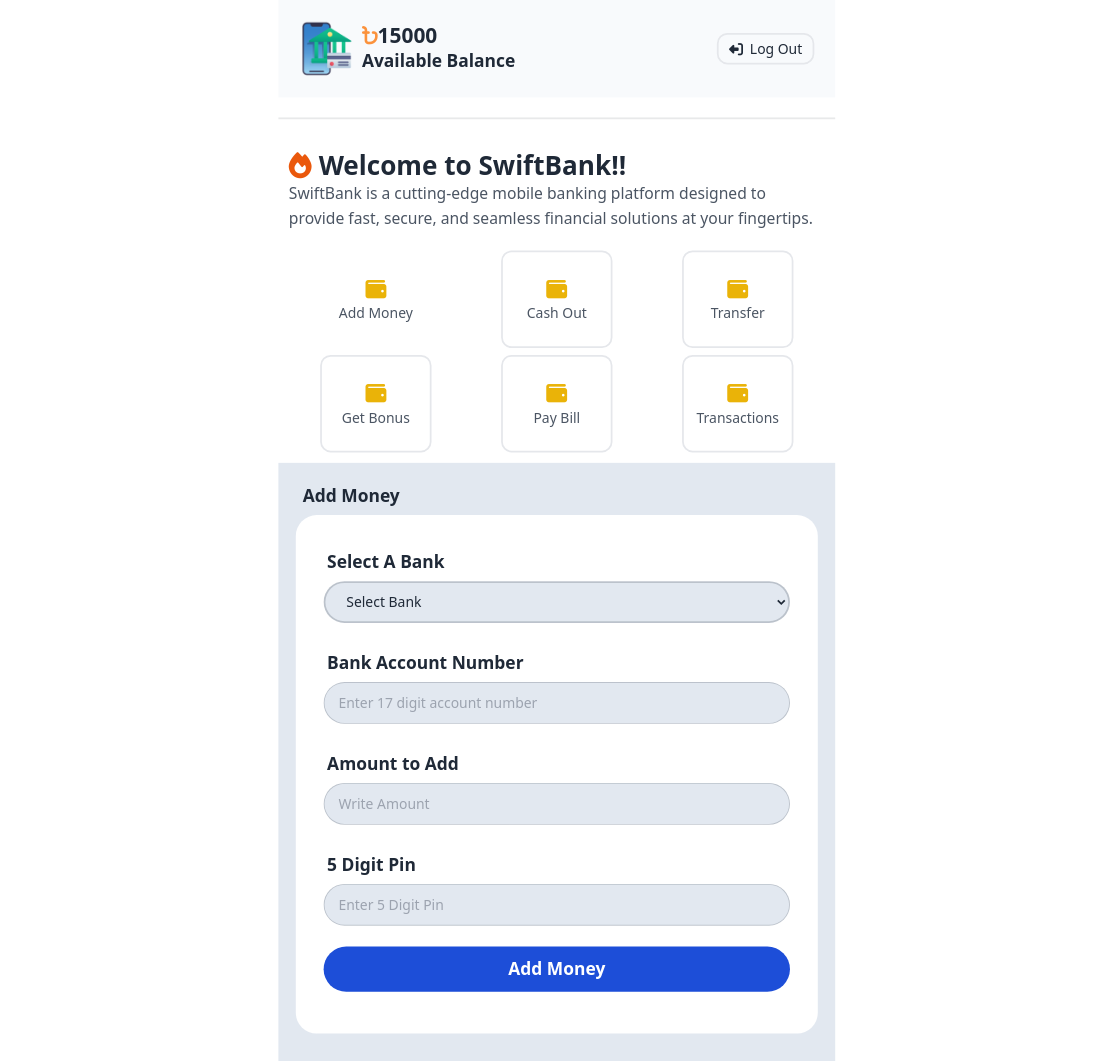
Repository: mukaddam-coder/swift-bank-mobile-banking
Page: home.html
An editor plug-in stored every save of this project. The page is shown before and after the next save, followed by the edit.
The browser window is 1280 px wide. The pictures show the whole page, at 87% of full size.
Some web libraries are served in a nearby version.

Above is the page before, as saved 2024-12-16 23:25:05.

### home.html
<!DOCTYPE html>
<html lang="en">
<head>
    <meta charset="UTF-8">
    <meta name="viewport" content="width=device-width, initial-scale=1.0">
    <title>SwiftBank</title>
    <!-- Fontawesome CDN -->
    <script src="https://kit.fontawesome.com/c4e7b2ed2f.js" crossorigin="anonymous"></script>
    <!-- Google Fonts -->
    <link rel="preconnect" href="https://fonts.googleapis.com">
    <link rel="preconnect" href="https://fonts.gstatic.com" crossorigin>
    <link href="https://fonts.googleapis.com/css2?family=Montserrat:ital,wght@0,100..900;1,100..900&display=swap" rel="stylesheet">
    <!-- Tailwind + DaisyUi CDN -->
    <link href="https://cdn.jsdelivr.net/npm/daisyui@4.12.19/dist/full.min.css" rel="stylesheet" type="text/css" />
    <script src="https://cdn.tailwindcss.com"></script>

</head>
<body>

<main>
  <div class="w-1/2 mx-auto p-6 bg-slate-50 h-full flex justify-between items-center">
    <div class="flex gap-2">
        <!-- Logo -->
    <div>
    <img class="w-16 h-16" src="images/mobile-banking.png">
    </div>
    <div>
   <h2 class="text-2xl font-bold" id="main-balance">
   <i class="fa-solid fa-bangladeshi-taka-sign text-orange-400"></i>15000</h2>
   <p class="font-semibold text-xl">Available Balance</p>
</div>
</div>
<div>
<button class="border-2 w-28 px-1 py-1 rounded-xl"> <i class="fa-solid fa-right-from-bracket rotate-180 mr-2"></i>Log Out</button>
</div>
        </div>
    <div class="divider w-1/2 mx-auto"></div>
    <!-- Greetings Section -->
        <section class="w-1/2 mx-auto p-3">
            <h1 class="font-bold text-3xl"><i class="fa-solid fa-fire text-orange-600 text-3xl mr-2"></i>Welcome to SwiftBank!!</h1>
            <p class="text-gray-600 text-lg">
                SwiftBank is a cutting-edge mobile banking platform designed to provide fast, secure, and seamless financial solutions at your fingertips.
            </p>
        </section>
     <!-- User Actionable Dashboard -->

     <section class="w-1/2 mx-auto">
        <div class="grid grid-cols-3 p-3 text-center gap-2">
          <div class="button-container">
            <button id="show-add-money-section" class=" w-32 h-28 rounded-xl bg-white text-gray-600">
            <p>
              <i class="fa-solid fa-wallet text-yellow-500 text-2xl"></i>
            </p>
            Add Money
           </button>
        </div>
          <div class>
             <button id="show-cash-out-section" class="border-2 w-32 h-28 rounded-xl bg-white text-gray-600">
              <p><i class="fa-solid fa-wallet text-yellow-500 text-2xl"></i></p>
                Cash Out
              </button>
            </div>
          <div>
          <button id="show-money-transfer-section" class="border-2 w-32 h-28 rounded-xl bg-white text-gray-600">
              <p><i class="fa-solid fa-wallet text-2xl text-yellow-500"></i></p>
                Transfer
              </button>
            </div>
          <div class="">
        <button id="show-get-bonus-section" class="border-2 w-32 h-28 rounded-xl bg-white text-gray-600">
            <p><i class="fa-solid fa-wallet text-2xl text-yellow-500"></i></p>
                Get Bonus
            </button>
          </div>
        <div class="">
          <button id="show-pay-bill-section" class="border-2 w-32 h-28 rounded-xl bg-white text-gray-600">
              <p><i class="fa-solid fa-wallet text-2xl text-yellow-500"></i></p>
                      Pay Bill
            </button>
          </div>
        <div class="">
          <button id="show-transaction-history" class="border-2 w-32 h-28 rounded-xl bg-white text-gray-600">
              <p><i class="fa-solid fa-wallet text-2xl text-yellow-500"></i></p>
                      Transactions
              </button>
            </div>

        </div>
      </section>
      <!-- Add Money Section Start -->
      <section id ="add-money-section" class="w-1/2 mx-auto px-5 py-4 bg-slate-200">
        <h2 class="p-2 font-bold text-xl">Add Money</h2>
        <form class="card-body bg-white rounded-3xl">
            <div class="form-control mb-4">
              <label class="label">
                <span class="label-text font-semibold text-xl">Select A Bank</span>
              </label>
              <select id="bank"  class="input-bordered rounded-full bg-slate-200 h-12 px-5 border-2">
                <option value="Select Bank">Select Bank</option>
                <option value="AB Bank PLC">AB Bank PLC</option>
                <option value="Bangladesh Commerce Bank Limited">Bangladesh Commerce Bank Limited</option>
                <option value="Islami Bank Bangladesh PLC">Islami Bank Bangladesh PLC</option>
                <option value="Dutch-Bangla Bank PLC">Dutch-Bangla Bank PLC</option>
                <option value="Jamuna Bank Limited">Jamuna Bank Limited</option>
                <option value="Trust Bank PLC">Trust Bank PLC</option>
              </select>
              </div>
            <div class="form-control mb-4">
              <label class="label">
                <span class="label-text font-semibold text-xl">Bank Account Number</span>
              </label>
              <input id="input-bank-account-field" type="text" placeholder="Enter 17 digit account number" class="input input-bordered rounded-full bg-slate-200" required />
            </div>
            <div class="form-control mb-4">
              <label class="label">
                <span class="label-text font-semibold text-xl">Amount to Add</span>
              </label>
              <input id="input-amount-field" type="text" placeholder="Write Amount" class="input input-bordered rounded-full bg-slate-200" required />
              </div>
            <div class="form-control mb-4">
              <label class="label">
                <span class="label-text font-semibold text-xl">5 Digit Pin</span>
              </label>
              <input id="input-add-money-pin-number" type="password" placeholder="Enter 5 Digit Pin" class="input input-bordered rounded-full bg-slate-200" required />
              </div>
            <div class="form-control mb-4">
              <button id="btn-add-money" class="bg-blue-700 font-bold text-xl text-white p-3 rounded-full">Add Money</button>
            </div>
          </form>
          <!-- Result Message -->
        <p id="result-message" class="text-center font-bold text-lg mt-4"></p>
      </section>
      <!-- Add Money Section End -->

      <!-- Cash Out Section Start -->
      <section id ="cash-out-section" class="hidden w-1/2 mx-auto px-5 py-4 bg-slate-200">
        <h2 class="p-2 font-bold text-xl">Cash Out</h2>
        <form class="card-body bg-white rounded-3xl">
            <div class="form-control mb-4">
              <label class="label">
                <span class="label-text font-semibold text-xl">Agent Number</span>
              </label>
              <input type="number" id="input-cash-out-phone" placeholder="Enter 11 digit number" class="input input-bordered rounded-full bg-slate-200" maxlength="11" required >
              </div>
             <div class="form-control mb-4">
              <label class="label">
                <span class="label-text font-semibold text-xl">Withdrawal Amount</span>
              </label>
              <input id="input-cash-out-field" type="text" placeholder="Write Amount" class="input input-bordered rounded-full bg-slate-200" required />
            </div>
            <div class="form-control mb-4">
              <label class="label">
                <span class="label-text font-semibold text-xl">5 Digit Pin</span>
              </label>
              <input id="input-cash-out-pin-number" type="password" placeholder="Enter 5 Digit Pin" class="input input-bordered rounded-full bg-slate-200" required />
              </div>
          <div class="form-control mb-4">
              <button id="btn-cash-out" class="bg-blue-700 font-bold text-xl text-white p-3 rounded-full">Cash Out</button>
            </div>
          </form>
      </section>
     <!-- Cash Out Section End -->

     <!-- Money Transfer Section Start -->
     <section id ="money-transfer-section" class="hidden w-1/2 mx-auto px-5 py-4 bg-slate-200">
      <h2 class="p-2 font-bold text-xl">Money Transfer</h2>
      <form class="card-body bg-white rounded-3xl">
          <div class="form-control mb-4">
            <label class="label">
              <span class="label-text font-semibold text-xl">User Account Number</span>
            </label>
            <input type="number" id="input-money-transfer-number" placeholder="Enter 11 digit number" class="input input-bordered rounded-full bg-slate-200" maxlength="11" required >
            </div>
           <div class="form-control mb-4">
            <label class="label">
              <span class="label-text font-semibold text-xl">Amount</span>
            </label>
            <input id="input-money-transfer-amount" type="text" placeholder="Enter Amount to transfer" class="input input-bordered rounded-full bg-slate-200" required />
          </div>
          <div class="form-control mb-4">
            <label class="label">
              <span class="label-text font-semibold text-xl">5 Digit Pin</span>
            </label>
            <input id="input-money-transfer-pin" type="password" placeholder="Enter 5 Digit Pin" class="input input-bordered rounded-full bg-slate-200" required />
            </div>
           <div class="form-control mb-4">
            <button id="btn-money-transfer" class="bg-blue-700 font-bold text-xl text-white p-3 rounded-full">Send Now</button>
          </div>
        </form>
    </section>
     <!-- Money Transfer Section End -->

     <!-- Get Bonus Section Start -->
     <section id ="get-bonus-section" class="hidden w-1/2 mx-auto px-5 py-4 bg-slate-200">
      <h2 class="p-2 font-bold text-xl">Get Bonus</h2>
      <form class="card-body bg-white rounded-3xl">
          <div class="form-control mb-4">
            <label class="label">
              <span class="label-text font-semibold text-xl">Bonus Coupon</span>
            </label>
            <input type="text" id="input-bonus-coupon" placeholder="Enter coupon code" class="input input-bordered rounded-full bg-slate-200" maxlength="11" required >
            </div>

           <div class="form-control mb-4">
            <button id="btn-get-bonus" class="bg-blue-700 font-bold text-xl text-white p-3 rounded-full">Get Bonus</button>
          </div>
        </form>
    </section>
     <!-- Get Bonus Section End -->

     <!-- Pay Bill Section Start -->
     <section id ="pay-bill-section" class="hidden w-1/2 mx-auto px-5 py-4 bg-slate-200">
      <h2 class="p-2 font-bold text-xl">Pay Bill</h2>
      <form class="card-body bg-white rounded-3xl">
          <div class="form-control mb-4">
            <label class="label">
              <span class="label-text font-semibold text-xl">Select to Pay</span>
            </label>
            <select id="payment-list"  class="input-bordered rounded-full bg-slate-200 h-12 px-5 border-2">
              <option value="Select option">Select Payment Option</option>
              <option value="Electricity Bill">Electricity Bill</option>
              <option value="Gas Bill">Gas Bill</option>
              <option value="Water Bill">Water Bill</option>
              <option value="Internet Bill">Internet Bill</option>
              <option value="Mobile Recharge">Mobile Recharge</option>
              <option value="Tax Payments">Tax Payments</option>
              <option value="College/University Tuition Fees">College/University Tuition Fees</option>
              <option value="Bus/Train Tickets">Bus/Train Tickets</option>
              <option value="Bus/Train Tickets">Passport or Visa Fees</option>
              <option value="Credit Card Bill Payments">Credit Card Bill Payments</option>
            </select>
            </div>
           <div class="form-control mb-4">
            <label class="label">
              <span class="label-text font-semibold text-xl">Billar Account Number</span>
            </label>
            <input id="input-billar-account-number-field" type="text" placeholder="Enter account number" class="input input-bordered rounded-full bg-slate-200" required />
            </div>
          <div class="form-control mb-4">
            <label class="label">
              <span class="label-text font-semibold text-xl">Amount to Pay</span>
            </label>
            <input id="input-pay-bill-amount-field" type="number" placeholder="Write Amount" class="input input-bordered rounded-full bg-slate-200" required />
            </div>
          <div class="form-control mb-4">
            <label class="label">
              <span class="label-text font-semibold text-xl">5 Digit Pin</span>
            </label>
            <input id="input-pay-bill-pin-number" type="password" placeholder="Enter 5 Digit Pin" class="input input-bordered rounded-full bg-slate-200" required />
            </div>
          <div class="form-control mb-4">
            <button id="btn-pay-bill" class="bg-blue-700 font-bold text-xl text-white p-3 rounded-full">Pay Now</button>
          </div>
        </form>
        <!-- Result Message -->
        <p id="result-message" class="text-center font-bold text-lg mt-4"></p>
    </section>
     <!-- Pay Bill Section End -->

     <!-- Transaction History Start -->
     <section id ="transaction-history-section" class="hidden w-1/2 mx-auto px-5 py-4 bg-slate-200">
      <div class="flex justify-between items-center">
        <h2 class="p-2 font-bold text-xl">Transaction History</h2>
        <p class="p-2">
          <a href="#">View All</a>
        </p>
      </div>

      <div id="transaction-container">

      </div>
    </section>
     <!-- Transaction History End -->
      <script src="Jscript/utilities.js"></script>
      <script src="Jscript/add-money.js"></script>
      <script src="Jscript/cash-out.js"></script>
      <script src="Jscript/features.js"></script>
      <script src="Jscript/money-transfer.js"></script>
      <script src="Jscript/bonus.js"></script>
      <script src="Jscript/pay-bill.js"></script>
       </main>

</body>
</html>

### Jscript/utilities.js
function getInputFieldValueById(id){
    const inputValue = document.getElementById(id).value;
    const inputNumber = parseFloat(inputValue);
    return inputNumber;
}


function getTextFieldValueById(id){
    const textValue = document.getElementById(id).innerText;
    const textNumber = parseFloat(textValue);
    return textNumber;
}

function showSectionById(id){
    // Hide all the section
    document.getElementById('add-money-section').classList.add('hidden');
    document.getElementById('cash-out-section').classList.add('hidden');
    document.getElementById('money-transfer-section').classList.add('hidden');
    document.getElementById('get-bonus-section').classList.add('hidden');
    document.getElementById('pay-bill-section').classList.add('hidden');
//    Show the section with the provided id
    document.getElementById(id).classList.remove('hidden');
};

### Jscript/cash-out.js
document.getElementById('btn-cash-out').addEventListener('click', function(event){
    event.preventDefault();
    const cashOut = getInputFieldValueById('input-cash-out-field');
    const cashOutPin = getInputFieldValueById('input-cash-out-pin-number');
    const agentNumber = getInputFieldValueById('input-cash-out-phone');
    const mainBalance = getTextFieldValueById('main-balance');


    if(isNaN(cashOut)){
        alert('Please enter a positive number to cash out.')
        return;
    }
    if(cashOut <= 0){
        alert('Please enter a valid amount to cash out.')
        return;
    }

    if(cashOut > mainBalance){
        alert('You do not have sufficient balance to cash out.');
        return;
    }

    if(cashOutPin === 19945 && agentNumber === 1735109219){

        const newBalance = mainBalance - cashOut;
     document.getElementById('main-balance').innerText = newBalance;

     // Get Transaction time
     const transactionTime = new Date();
     const formattedTime = transactionTime.toLocaleString();

     // Add to transaction histoy
    const transactionDiv = document.createElement('div');
            transactionDiv.classList.add('bg-white', 'rounded-xl', 'p-4', 'mb-4');
            transactionDiv.innerHTML = `
                <div class = "flex justify-between items-center gap-1">
                    <div class="flex w-1/3">
                    <p><i class="fa-solid fa-wallet text-2xl text-yellow-500 rounded-full bg-slate-200 px-3 py-2"></i></p>
                    <h2 class="p-1 font-bold text-xl text-center">Cash Out</h2>
                    </div>
                    <div class="flex-1">
                    <p class="text-md"><span class ="font-bold text-green-600">Cash out to${agentNumber}</span> BDT: ${cashOut} was successful, and your new balance is BDT: ${newBalance}.</p>
                    <p class="text-sm text-gray-500 font-bold">Transaction Time: ${formattedTime}</p>
                    </div>
                 </div>`;

            // Append transaction to the transaction history container
            document.getElementById('transaction-container').appendChild(transactionDiv);
    }
    else{
        alert('Failed to cash out! Please try again.')
    }
})

### Jscript/features.js

// The add money section will show when the add money button is clicked.
document.getElementById('show-add-money-section').addEventListener('click', function(){
    showSectionById('add-money-section');
});

// The cash-out section will show when the cash-out button is clicked.
document.getElementById('show-cash-out-section').addEventListener('click', function(){
    showSectionById('cash-out-section')
});

// The money transfer section will show when the money transfer button is clicked.

document.getElementById('show-money-transfer-section').addEventListener('click', function(){
    showSectionById('money-transfer-section');
});


document.getElementById('show-get-bonus-section').addEventListener('click', function(){
    showSectionById('get-bonus-section');
});

document.getElementById('show-pay-bill-section').addEventListener('click', function(){
    showSectionById('pay-bill-section');
});


document.getElementById('show-transaction-history').addEventListener('click', function(){
    showSectionById('transaction-history-section');
})

### Jscript/bonus.js
document.getElementById('btn-get-bonus').addEventListener('click', function(event){
    event.preventDefault();
    const getBonusInput = document.getElementById('input-bonus-coupon').value.trim();
    const mainBalanceText = document.getElementById('main-balance').innerText;
    const mainBalance = parseFloat(mainBalanceText);
    const couponCode = 'BONUS10';

    if(getBonusInput === couponCode){
        const bonusAmount = 100;
        const newBalance = mainBalance + bonusAmount;
        document.getElementById('main-balance').innerText = newBalance;
    }
    else{
        alert('Invalid Coupon Code! Please try again.')
    }
})

### Jscript/pay-bill.js
document.getElementById('btn-pay-bill').addEventListener('click', function(event){
         event.preventDefault();

         const paymentList = document.getElementById('payment-list').value;
         const accountNumber = getInputFieldValueById('input-billar-account-number-field');
         const payBillAmount = getInputFieldValueById('input-pay-bill-amount-field');
         const payBillPin = getInputFieldValueById('input-pay-bill-pin-number');

         const mainBalance = getTextFieldValueById('main-balance');

         if(isNaN(payBillAmount)){
            alert('Please enter a positive number.');
            return;
         }

         if(payBillAmount <= 0){
            alert('Please enter a valid amount greater than 0.');
            return;
         }

         if(payBillAmount > mainBalance){
            alert('You do not have sufficient balance to complete the payment.')
            return;
         }

         if(payBillPin === 19945 && accountNumber === 1629501006323){
            const newBalance = mainBalance - payBillAmount;
            document.getElementById('main-balance').innerText = newBalance;
               // add to transaction history
               const transactionDiv = document.createElement('div');
               transactionDiv.classList.add('bg-white', 'rounded-xl', 'p-4', 'mb-4');
               transactionDiv.innerHTML = `
                   <div class = "flex items-center gap-2">
                       <p><i class="fa-solid fa-wallet text-2xl text-yellow-500 rounded-full bg-slate-200 px-3 py-2"></i></p>
                       <h2 class="p-2 font-bold text-lg">${paymentList}</h2>
                       <p class="text-md">BDT ${payBillAmount} paid for ${paymentList}</p>
                       <p class="text-sm text-gray-600">Payment successful! Remaining Balance: BDT ${newBalance}</p>
                   </div>`;

               // Append transaction to the transaction history container
               document.getElementById('transaction-container').appendChild(transactionDiv);
         }

         else{
            alert('Invalid PIN or Account Number! Please try again.')
         }
})

Loaded but not shown: Jscript/money-transfer.js (54 lines, source omitted); Jscript/add-money.js (51 lines, source omitted)

After the next save:
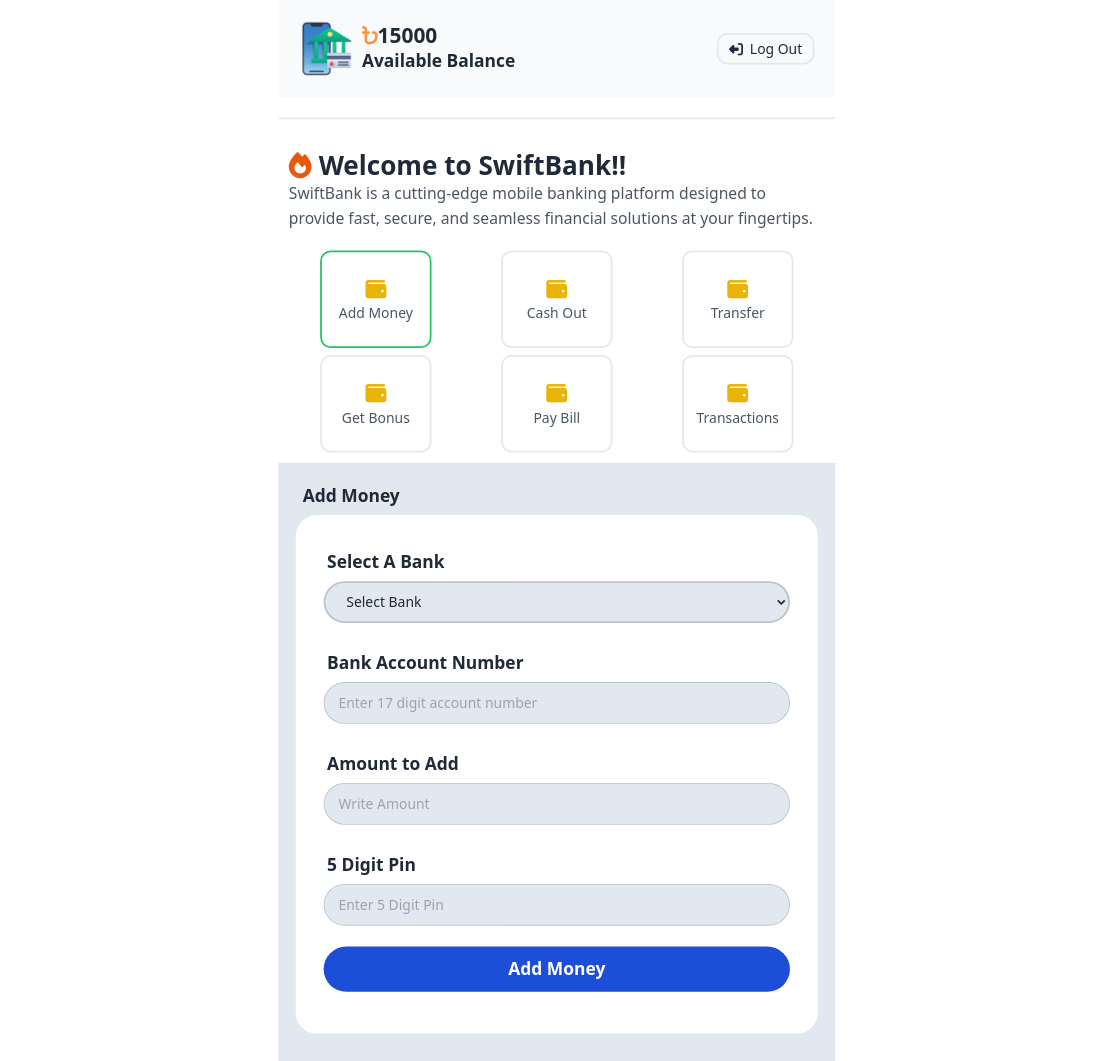
Saved 23 s later.
--- a/home.html
+++ b/home.html
@@ -47,7 +47,7 @@
      <section class="w-1/2 mx-auto">
         <div class="grid grid-cols-3 p-3 text-center gap-2">
           <div class="button-container">
-            <button id="show-add-money-section" class=" w-32 h-28 rounded-xl bg-white text-gray-600">
+            <button id="show-add-money-section" class="border-solid border-2 border-green-500 w-32 h-28 rounded-xl bg-white text-gray-600">
             <p>
               <i class="fa-solid fa-wallet text-yellow-500 text-2xl"></i>
             </p>
